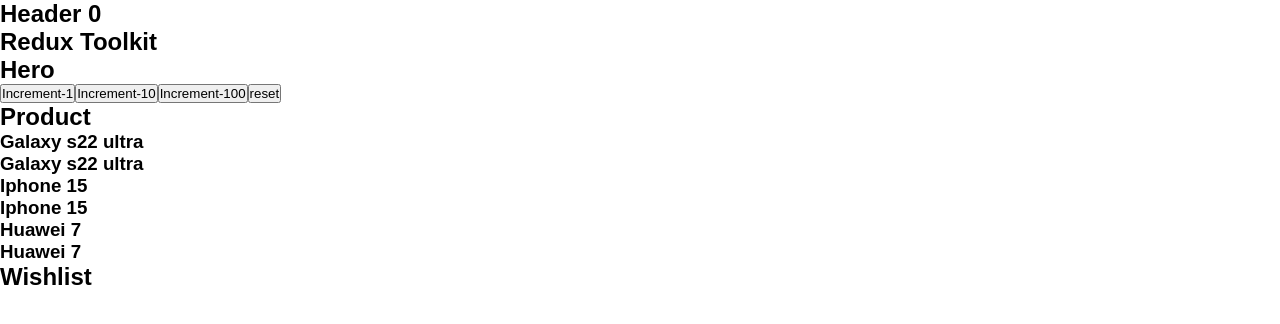
Repository: SitoraRashidova/userCrudFront
Page: /
The author's editor kept a copy of each file at every save. The page is drawn from the files as they stood at one save, then again after the next save.
The browser window is 1280 px wide. The pictures show the whole page.
The project was rebuilt for these pictures with package versions that can differ from the ones it lists, and the page was loaded fresh each time. Also part of the build but not shown: vite.config.js.

Above is the page before, as saved 2024-12-09 23:38:39.

After the next save:
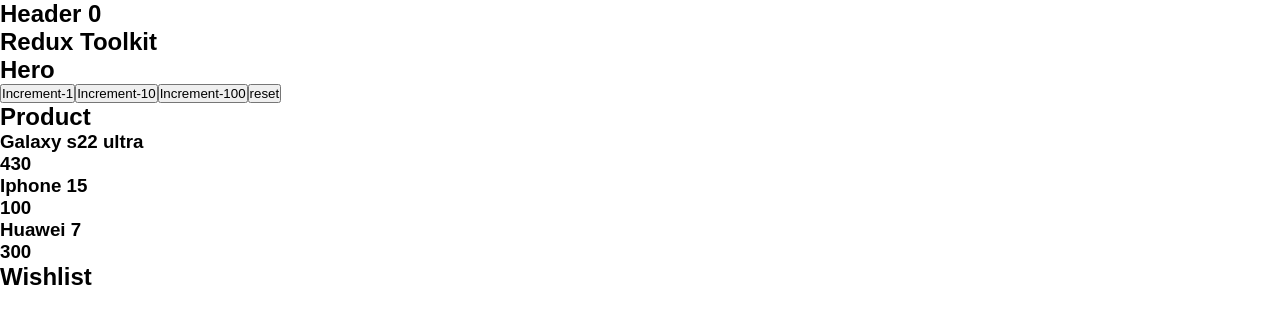
Saved 4 s later.
--- a/src/components/Product.jsx
+++ b/src/components/Product.jsx
@@ -24,7 +24,7 @@
       {DATA?.map((item) => (
         <div key={item.id}>
           <h3>{item.title}</h3>
-          <h3>{item.title}</h3>
+          <h3>{item.price}</h3>
         </div>
       ))}
     </div>
